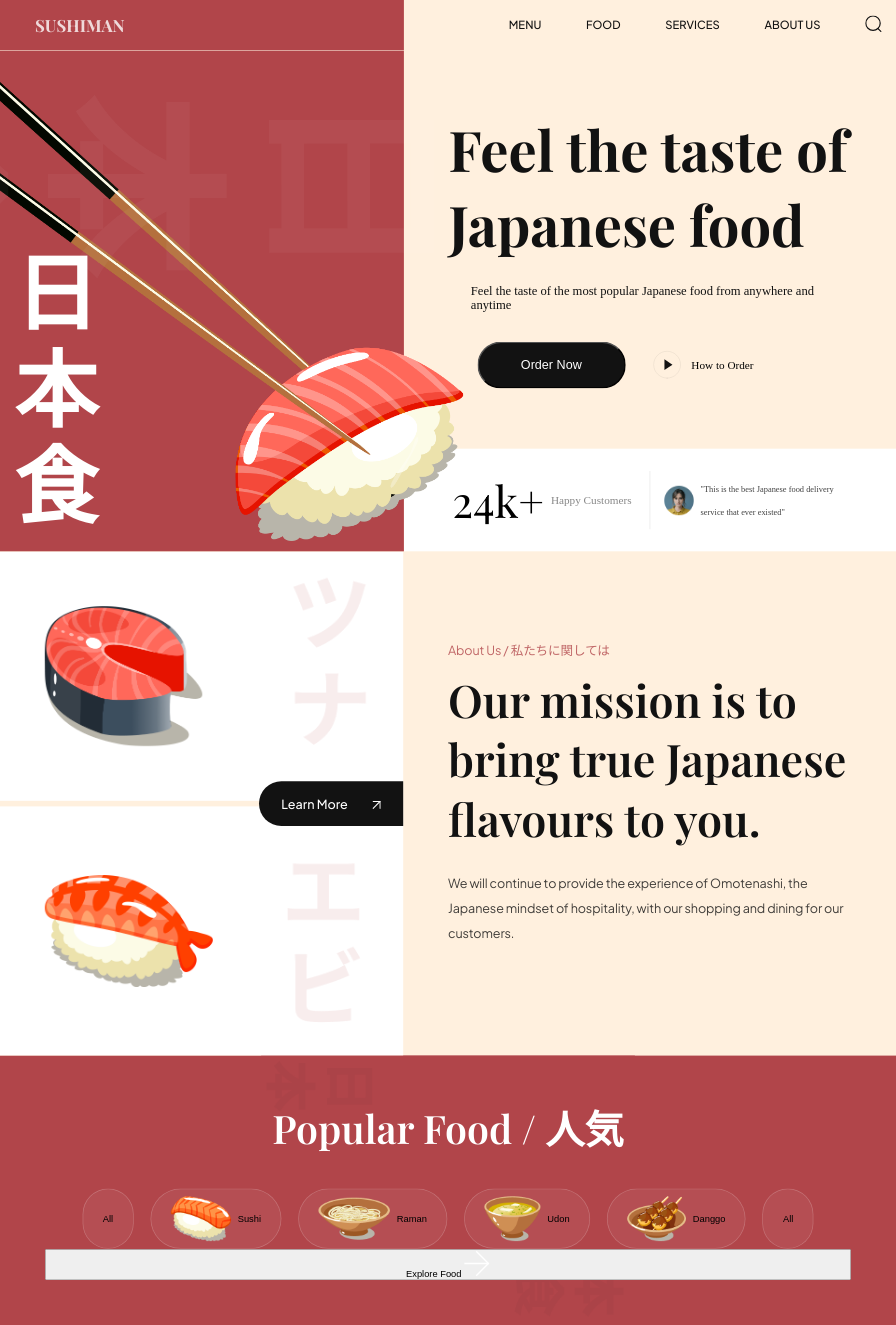
Repository: echoyol/sushiWebsite
Page: index.html
The author's editor kept a copy of each file at every save. The page is drawn from the files as they stood at one save, then again after the next save.
The browser window is 1280 px wide. The pictures show the whole page, at 70% of full size.

Above is the page before, as saved 2023-06-04 19:59:07.

After the next save:
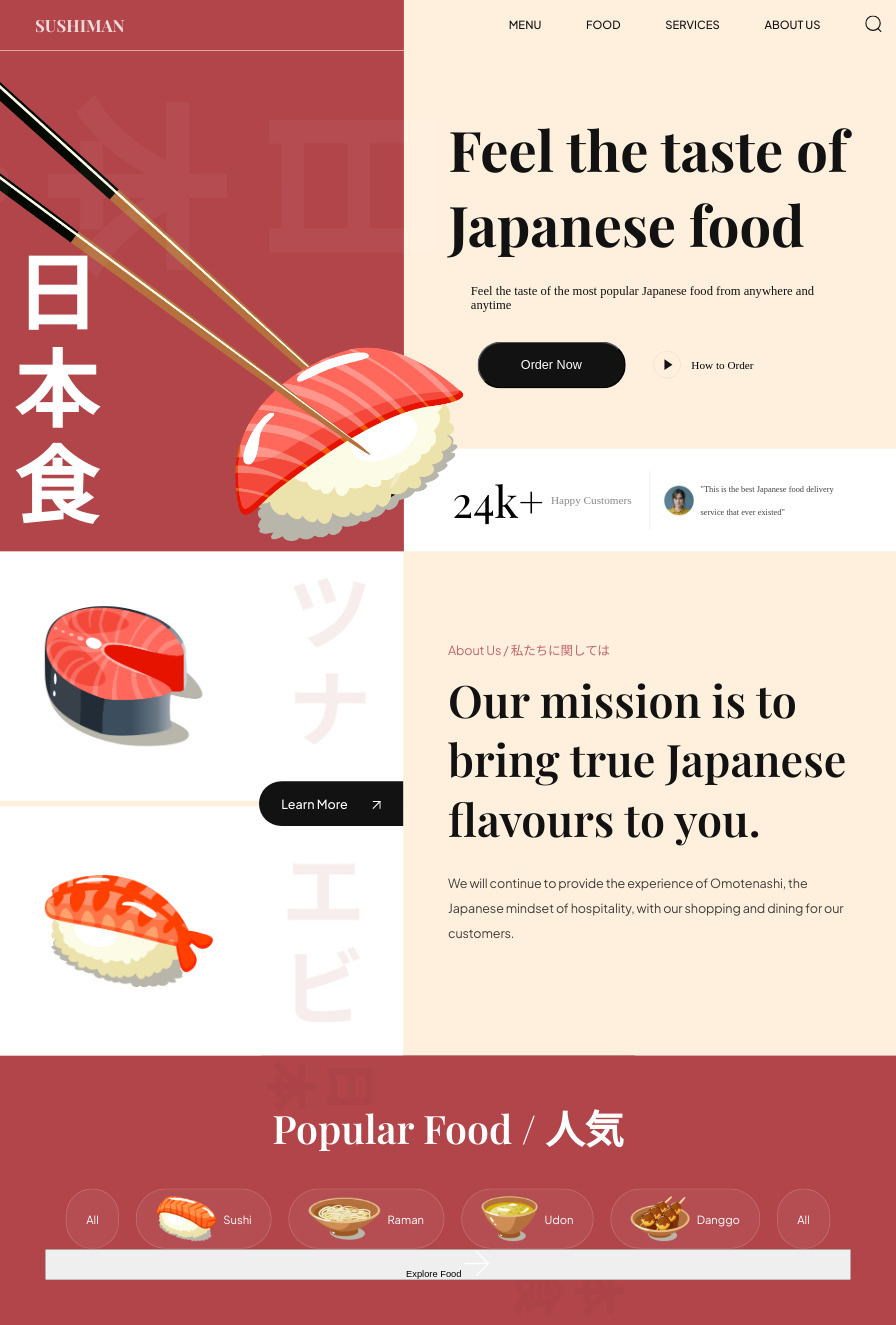
Saved 2 min 5 s later.
--- a/css/sections/popular.css
+++ b/css/sections/popular.css
@@ -43,4 +43,11 @@
   background: rgba(255, 255, 255, 0.05);
   border: 1px solid rgba(255, 255, 255, 0.2);
   border-radius: 46px;
+
+  font-size: 16px;
+  font-weight: 300px;
+  line-height: 25px;
+  font-family: var(--plus-jakarta-sans);
+  color: #fff;
+  cursor: pointer;
 }
